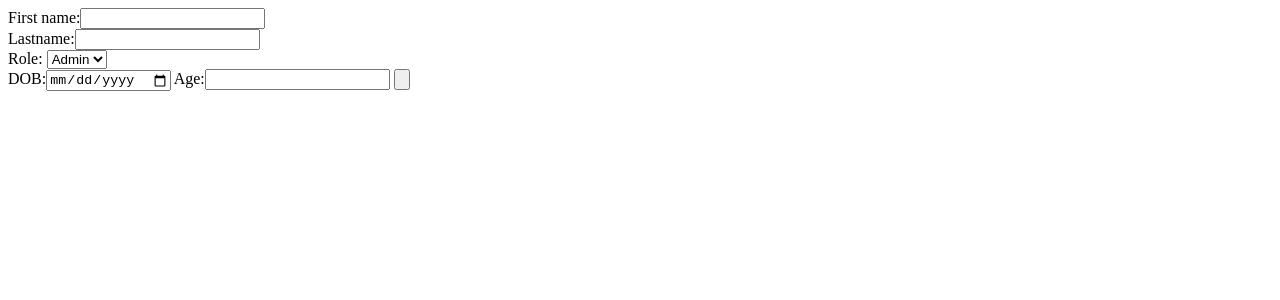
Repository: Shveta625/EmfRepository
Page: http://localhost/UserRegistration/RegisterUser.jsp
An editor plug-in stored every save of this project. The page is shown before and after the next save, followed by the edit.
The browser window is 1280 px wide. The pictures show the whole page.
The page is served by Tomcat 9.

Above is the page before, as saved 2017-11-08 06:12:07.

After the next save:
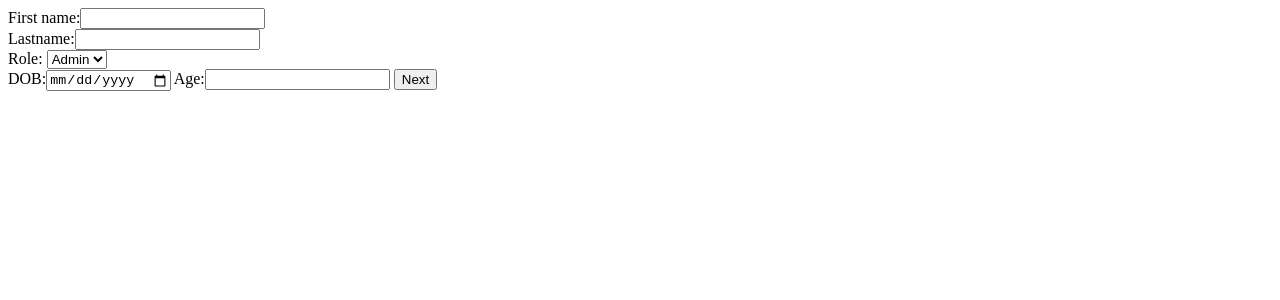
Saved 5 min 52 s later.
--- a/UserRegistration/WebContent/RegisterUser.jsp
+++ b/UserRegistration/WebContent/RegisterUser.jsp
@@ -38,14 +38,14 @@
 		</select> <br>
 		DOB:<input type="date" name="dob">
 		Age:<input type="text" name="age">
-		<input type="button" name="form2" onclick="showForm(form2)">
+		<button onclick="showForm(form2)">Next</button>
 	</form>
 
 	<form id="form2" action="showForm(form3)"  style="display:none;">
 		Address:<input type="text" name="address"> <br>
 		Phone:<input type="text" name="phone"> <br>
 		Email:<input type="text" name="email"> <br>
-		<input type="button" name="form3" onclick="showForm(form3)">
+		<button onclick="showForm(form3)">Next</button>
 	</form>
 
 	<form id="form3" action=""  style="display:none;">
